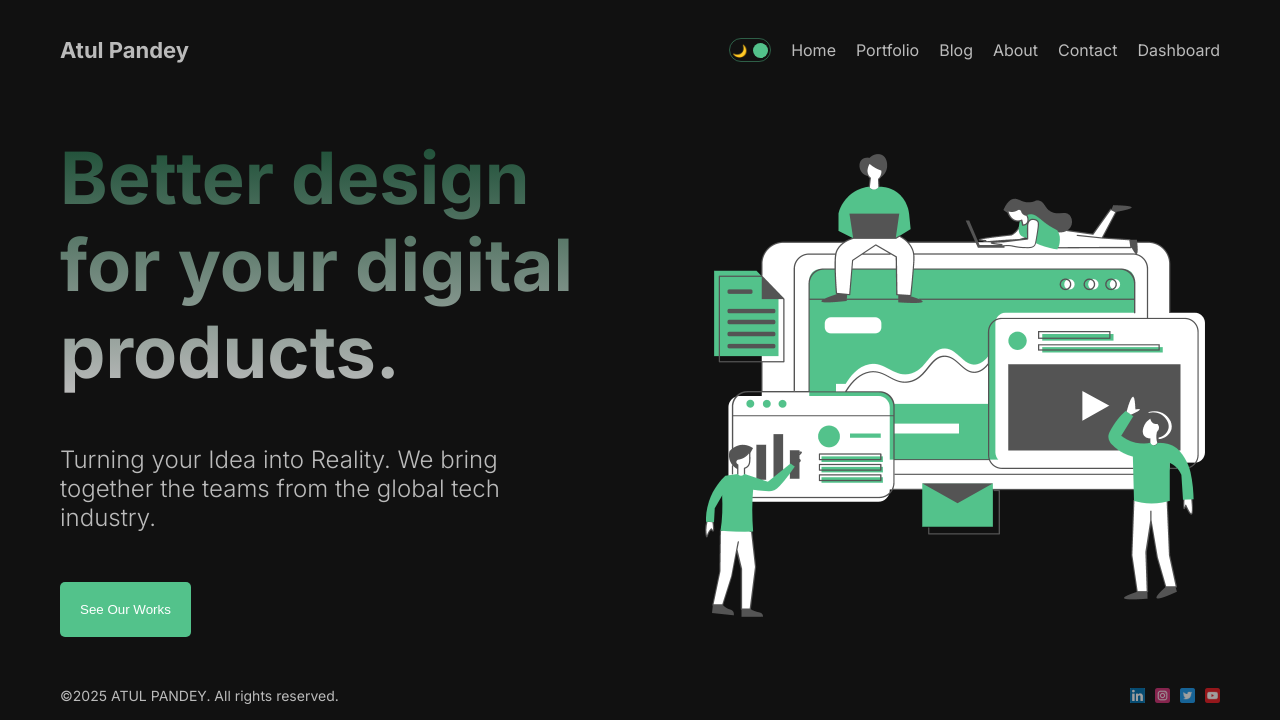
Repository: Its-Atul/Nextjs-test
Page: /
An editor plug-in stored every save of this project. The page is shown before and after the next save, followed by the edit.
The browser window is 1280 px wide. The pictures show the whole page.
The page's requests for data from a server got no answer. The project was rebuilt for these pictures with package versions that can differ from the ones it lists, and the page was loaded fresh each time. The framework's server and built-in components were replaced by stand-ins that run in the browser. No one was signed in, and anything a server would have sent is missing. Also part of the build but not shown: next.config.js.

Above is the page before, as saved 2025-07-23 19:28:43.

### src/app/layout.js
import Navbar from "@/components/navbar/Navbar";
import "./globals.css";
import { Inter, Roboto, Poppins } from "next/font/google";
import Footer from "@/components/footer/Footer";
import { ThemeProvider } from "@/context/ThemeContext";
import AuthProvider from "@/components/AuthProvider/AuthProvider";

const inter = Inter({ subsets: ["latin"] });

export const metadata = {
  title: "Atul Pandey Dev",
  description: "This is the description",
};

export default function RootLayout({ children }) {
  return (
    <html lang="en">
      <body className={inter.className}>
        <ThemeProvider>
          <AuthProvider>
            <div className="container">
              <Navbar />
              {children}
              <Footer />
            </div>
          </AuthProvider>
        </ThemeProvider>
      </body>
    </html>
  );
}

### src/components/navbar/Navbar.jsx
"use client";

import Link from "next/link";
import React from "react";
import styles from "./navbar.module.css";
import DarkModeToggle from "../DarkModeToggle/DarkModeToggle";
import { signOut, useSession } from "next-auth/react";

const links = [
  {
    id: 1,
    title: "Home",
    url: "/",
  },
  {
    id: 2,
    title: "Portfolio",
    url: "/portfolio",
  },
  {
    id: 3,
    title: "Blog",
    url: "/blog",
  },
  {
    id: 4,
    title: "About",
    url: "/about",
  },
  {
    id: 5,
    title: "Contact",
    url: "/contact",
  },
  {
    id: 6,
    title: "Dashboard",
    url: "/dashboard",
  },
];

const Navbar = () => {
  const session = useSession();

  return (
    <div className={styles.container}>
      <Link href="/" className={styles.logo}>
        Atul Pandey
      </Link>
      <div className={styles.links}>
        <DarkModeToggle />
        {links.map((link) => (
          <Link key={link.id} href={link.url} className={styles.link}>
            {link.title}
          </Link>
        ))}
        {session.status === "authenticated" && (
          <button className={styles.logout} onClick={signOut}>
            Logout
          </button>
        )}
      </div>
    </div>
  );
};

export default Navbar;

### src/components/footer/Footer.jsx
import React from "react";
import styles from "./footer.module.css";
import Image from "next/image";

const Footer = () => {
  return (
    <div className={styles.container}>
      <div>©2025 ATUL PANDEY. All rights reserved.</div>
      <div className={styles.social}>
        <Image src="/linkdin.png" width={15} height={15} className={styles.icon} alt="Atev Facebook Account" />
        <Image src="/2.png" width={15} height={15} className={styles.icon} alt="Lama Dev" />
        <Image src="/3.png" width={15} height={15} className={styles.icon} alt="Lama Dev" />
        <Image src="/4.png" width={15} height={15} className={styles.icon} alt="Lama Dev" />
      </div>
    </div>
  );
};

export default Footer;

Loaded but not shown: src/app/page.jsx (common file); src/app/globals.css (common file); src/context/ThemeContext.js (common file); src/components/AuthProvider/AuthProvider.jsx (common file); src/app/page.module.css (common file); src/components/Button/Button.jsx (common file); src/components/navbar/navbar.module.css (common file); src/components/DarkModeToggle/DarkModeToggle.jsx (common file); src/components/footer/footer.module.css (common file); src/components/Button/button.module.css (common file); src/components/DarkModeToggle/darkModeToggle.module.css (common file)

After the next save:
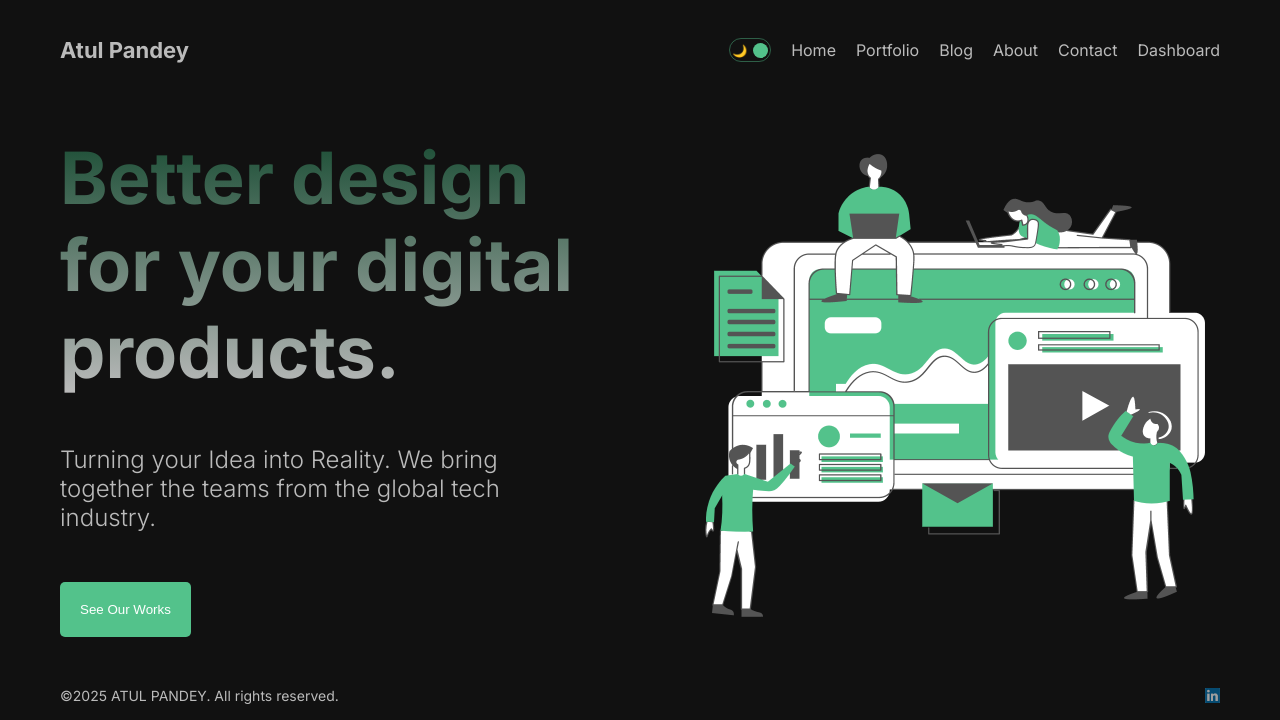
Saved 53 s later.
--- a/src/components/footer/Footer.jsx
+++ b/src/components/footer/Footer.jsx
@@ -7,10 +7,7 @@ const Footer = () => {
     <div className={styles.container}>
       <div>©2025 ATUL PANDEY. All rights reserved.</div>
       <div className={styles.social}>
-        <Image src="/linkdin.png" width={15} height={15} className={styles.icon} alt="Atev Facebook Account" />
-        <Image src="/2.png" width={15} height={15} className={styles.icon} alt="Lama Dev" />
-        <Image src="/3.png" width={15} height={15} className={styles.icon} alt="Lama Dev" />
-        <Image src="/4.png" width={15} height={15} className={styles.icon} alt="Lama Dev" />
+        <Image src="/linkdin.png" width={15} height={15} className={styles.icon} alt="Atul Linkdin Account" />
       </div>
     </div>
   );
